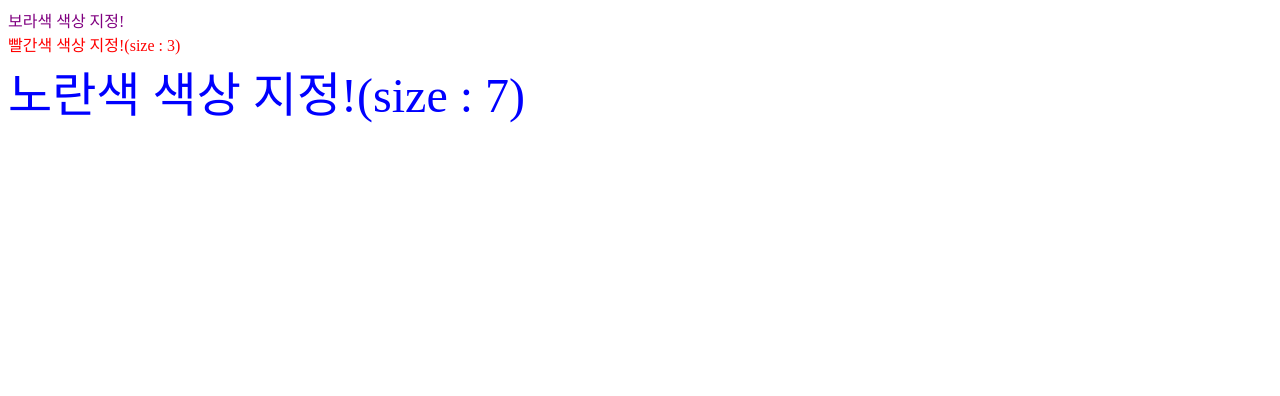
Repository: jjb5442/JSP
Page: 3Day/workspace/02_HTML_tutorial/src/main/webapp/04_Tutorial.html
An editor plug-in stored every save of this project. The page is shown before and after the next save, followed by the edit.
The browser window is 1280 px wide. The pictures show the whole page.

Above is the page before, as saved 2022-05-14 02:16:22.

### 3Day/workspace/02_HTML_tutorial/src/main/webapp/04_Tutorial.html
<!DOCTYPE html>
<html>
<head>
<meta charset="UTF-8">
<title>Insert title here</title>
</head>
<body>
	<font color="purple">보라색 색상 지정!</font><br/>
	<!-- size : 1 ~ 7(숫자가 클수록 글자 크기가 커짐) -->
	<font color="red" size="3">빨간색 색상 지정!(size : 3)</font><br/>
	<font color="blue" size="7">노란색 색상 지정!(size : 7)</font><br/>
</body>
</html>

After the next save:
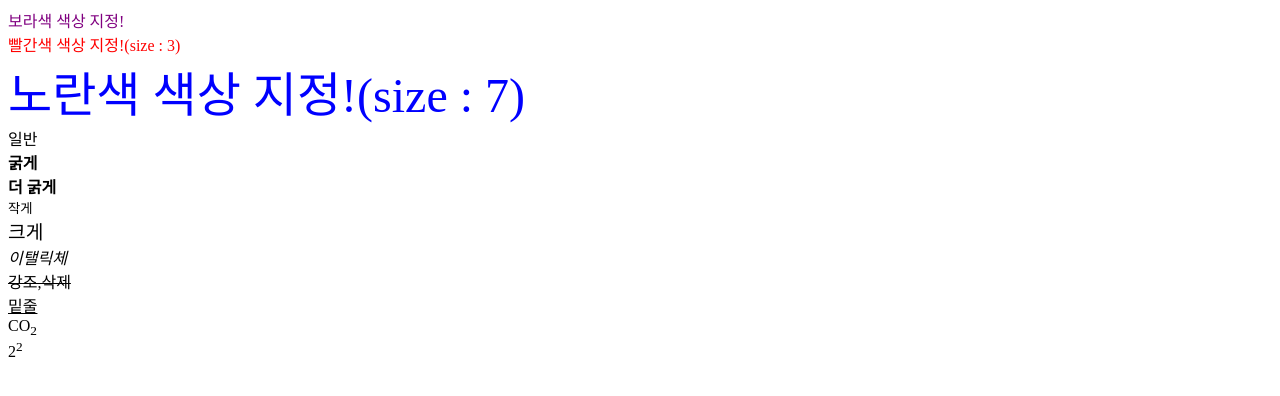
Saved 102 s later.
--- a/3Day/workspace/02_HTML_tutorial/src/main/webapp/04_Tutorial.html
+++ b/3Day/workspace/02_HTML_tutorial/src/main/webapp/04_Tutorial.html
@@ -9,5 +9,16 @@
 	<!-- size : 1 ~ 7(숫자가 클수록 글자 크기가 커짐) -->
 	<font color="red" size="3">빨간색 색상 지정!(size : 3)</font><br/>
 	<font color="blue" size="7">노란색 색상 지정!(size : 7)</font><br/>
+
+	일반<br/>
+	<b>굵게</b><br/>
+	<strong>더 굵게</strong><br/>
+	<small>작게</small><br/>
+	<big>크게</big><br/>
+	<i>이탤릭체</i><br/>
+	<strike>강조,삭제</strike><br/>
+	<u>밑줄</u><br/>
+	CO<sub>2</sub><br/>
+	2<sup>2</sup><br/>
 </body>
 </html>
